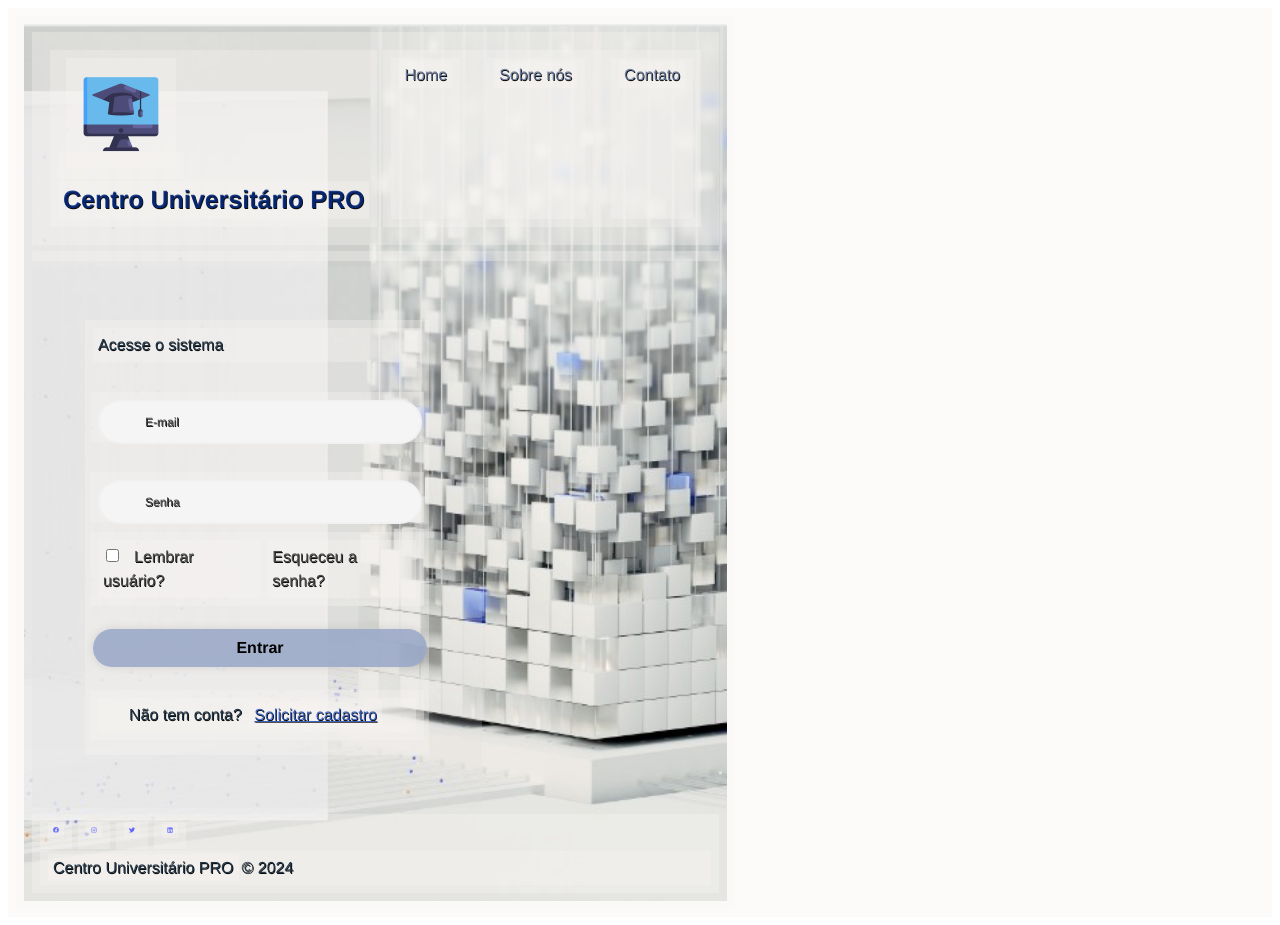
Repository: DanuziaRA/Cadastros-de-Usuarios
Page: /
These files come from the project's save history. The page is drawn as it stood at one moment and after the next save; the edit follows.
The browser window is 1280 px wide. The pictures show the whole page.
The project was rebuilt for these pictures with package versions that can differ from the ones it lists, and the page was loaded fresh each time. Also part of the build but not shown: vite.config.js, src/components/Footer.css, src/router/Contact.jsx, src/router/ErrorPage.jsx, src/router/ContactDetails.jsx, src/router/Company.jsx, src/router/Forget.jsx, src/router/Cadastro.jsx.

Above is the page before, as saved 2024-10-01 12:43:01.

### src/main.jsx
import { StrictMode } from 'react'
import { createRoot } from 'react-dom/client'
import App from './App.jsx'
import './index.css'

import {createBrowserRouter, RouterProvider,Navigate} from 'react-router-dom';

  import Contact from './router/Contact.jsx';
  import ErrorPage from './router/ErrorPage.jsx';
  import ContactDetails from './router/ContactDetails.jsx';
  import Login from './router/Login.jsx';
  import Company from './router/Company.jsx';
  import Forget from './router/Forget.jsx';
  import Cadastro from './router/Cadastro.jsx';


  const router = createBrowserRouter([
        {
      path: "/",
      element: <App/>,
      errorElement: <ErrorPage />,
      children: [
        {
          path: "/",
          element:<Login />,
        },
        {
          path: "empresa",
          element:<Company />,
        },
        {
          path: "contact",
          element:<Contact />,
        },
        //Nested routes - identificando unico
        {
          path: "/contact/:id",
          element: <ContactDetails />,
        },
        {
          path: "forget",
          element: <Forget />,
        },
        {
          path: "cadastro",
          element: <Cadastro />,
        },
        //Navigate para página não existentes
        {
          path: "oldcontact",
          element: <Navigate to="/contact" />,
        },
      ],
    },
    ]);


createRoot(document.getElementById('root')).render(
  <StrictMode>
    <RouterProvider router={router} />
    </StrictMode>,
);

### src/App.jsx
import './App.css'

import { Outlet } from 'react-router-dom';
import Navbar from './components/Navbar';
import Footer from './components/Footer'


function App() {
  return (
      <div className='App'>
        <Navbar />
        <h1></h1>
        <Outlet />
        <Footer />
    </div>
  );
}

export default App;

### src/router/Login.jsx
import { useState } from "react";

import "./Login.css";

const Login = () => {

const [username, setUsername] = useState("");
const [password, setpassword] = useState("");

const handleSubmit = (event) => {
event.preventDefault();

alert("Enviando os dados");

console.log("teste", username,password);
console.log("Envio");
};

    return (

    <div className="container">
        <form onSubmit={handleSubmit}>
            <p>Acesse o sistema</p>
            <div className="input-field">
            <input type="email"
            placeholder = "E-mail"
            required
            onChange={(e) => setUsername(e.target.value)}/>
            </div>
            <div className="input-field">
            <input type="password"
            placeholder = "Senha"
            required
            onChange={(e) => setpassword(e.target.value)}/>
            </div>

            <div className="recall-forget">
                <label>
                    <input type="checkbox" />
                    Lembrar usuário?
                    </label>
                <a href="/forget"> Esqueceu a senha?</a>
                </div>

            <button>Entrar</button>
            <div className="signup-link">
                <p>Não tem conta? <a href="contact/:id">Solicitar cadastro</a></p>
            </div>
        </form>
        </div>
    )
}

export default Login

### src/App.css
* {
  box-sizing: border-box;
  margin: 3px;
  padding: 5px;
  font-family: Helvetica;
  font-size: 16px;
  text-shadow: #0c0c0c 0.7px 0.7px;
  background-color:rgba(247, 244, 241, 0.342);
}
.App{
  display: flex;
  flex-direction: column;
  flex-grow: 1;
  justify-content: center;
  align-items: left;
  background-image: url("src/assets/fundo cadastro.jpg");
  background-size: cover;
  background-position: center;
  }

### src/components/Navbar.jsx
import { Link } from "react-router-dom"
import logo from './../assets/LOGO novo.png'
import { Component } from "react";
import './Navbar.css';


const Navbar = () => {
    return (
    <nav className="navbar">
        <div className="navbar-logo">
        <Link to="/">
            <img src={logo} alt=""/>
            </Link>
            <h1>Centro Universitário PRO</h1>
            </div>
            <ul className="navbar-links">
            <li><a href="/">Home</a></li>
            <li><a href="/Company">Sobre nós</a></li>
            <li><a href= "/Contact">Contato</a></li>
            </ul>
    </nav>
    )
}

export default Navbar

### src/components/Footer.jsx
import { FaFacebook, FaInstagram,FaTwitter,FaLinkedin } from "react-icons/fa"
import { Link } from "react-router-dom";
import './Footer.css';

function Footer(){
    return (
        <nav>
            <Link to="https://www.facebook.com/?locale=pt_BR">
            < FaFacebook alt=""/>
            </Link>
            <Link to="https://www.instagram.com/">
            < FaInstagram alt=""/>
            </Link>
            <Link to="/">
            < FaTwitter alt=""/>
            </Link>
            <Link to="https://www.linkedin.com.br">
            < FaLinkedin alt=""/>
            </Link>
            <p><span>Centro Universitário PRO</span>&copy; 2024</p>
            </nav>


    );

}
export default Footer

### src/router/Login.css
.input-field input{
    width: 50%;
    height: 70%;
    background-color: #f5f5f5;
    outline: none;
    border: 2px solid rgba(224, 222, 222, 0.2);
    border-radius: 40px;
    font-size: 16px;
    color: #070000;
    padding: 10px 20px;
}
.input-field input::placeholder{
color: #494949;
}

.container .recall-forget{
display: left;
justify-content: space-between;
font-size: 15px;
margin: -px 0 20px;
}
.recall-forget label{
color: #494949;
}
.recall-forget input{
margin-right: 5px;
}
.recall-forget a, .signup-link p a{
color: #494949;
text-decoration: none;
}
.recall-forget a:hover, .signup-link p a{
text-decoration: underline;
}
.container button{
width: 23%;
height: 500%;
font-size: 16px;
padding: 10px 20px;
background-color:#9aa8c8e1;
border: none;
outline: none;
border-radius: 500px;
box-shadow: 0 0 10px rgba(0,0,0,0.1);
cursor: pointer;
font-weight: 600;
text-shadow: none;
}
.container .signup-link{
font-size: 15px;
text-align: left;
margin: 20px 0 10px;
}
.signup-link p a{
color:#2d5ac4e1;
}

### src/router/Cadastro.css
.container{
    width: 450px;
    background-color: rgba(221, 218, 218, 0.2);
    backdrop-filter:rgb(238, 238, 241);
    border: 10px sold rgba (247,247,247, 0.40);
    padding: 50px;
    border-radius: 5px;
}

.container h1{
    text-align: left;
    font-size: 23px;
    color: #4d77dbe1;
    }
    .container h2{
        text-align: left;
        font-size: 18px;
        color: #111112e1;
        }
.container .input-field{
    position: relative;
    width: 100%;
    height: 50px;
    margin: 30px auto;
}
    .input-field input{
        width: 100%;
        height: 100%;
        background-color: #f5f5f5;
        outline: none;
        border: 2px solid rgba(224, 222, 222, 0.2);
        border-radius: 40px;
        font-size: 12px;
        color: #070000;
        padding: 20px 45px;
    }
.input-field input::placeholder{
    color: #494949;
}
.input-field .icon{
    position: absolute;
    right: 25px;
    top: 50%;
    transform: translateY(-50%);
    font-size: 18px;
    color: #494949;
}
.container .recall-forget{
    display: flex;
    justify-content: space-between;
    font-size: 15px;
    margin: -20px 0 20px;
}
.recall-forget label{
    color: #494949;
}
.recall-forget input{
    margin-right: 15px;
}
.recall-forget a, .signup-link p a{
    color: #494949;
    text-decoration: none;
}
.recall-forget a:hover, .signup-link p a{
    text-decoration: underline;
}
.container button{
    width: 100%;
    height: 500%;
    font-size: 16px;
    padding: 10px 20px;
    background-color:#9aa8c8e1;
    border: none;
    outline: none;
    border-radius: 500px;
    box-shadow: 0 0 10px rgba(0,0,0,0.1);
    cursor: pointer;
    font-weight: 600;
    text-shadow: none;
}
.container .signup-link{
    font-size: 15px;
    text-align: center;
    margin: 20px 0 10px;
}
.signup-link p a{
    color:#2d5ac4e1;
}

### src/components/Navbar.css
.navbar{
    display: flex;
    justify-content: space-between;
    padding: 15px;
    align-items: left;
}
.navbar-logo h1{
    color: #06297ae1;
    font-size: 25px;
    align-items: center;


}
.navbar-links {
list-style-type: none;
display: flex;
gap: 20px;
align-items: left;

}
.navbar li{
    display: inline;
    }
.navbar-links li a {
    color: #67789ee1;
    text-decoration: none;
}
.navbar-links li a:hover{
    color:#ddd;
}

Loaded but not shown: index.html (common file); src/index.css (common file)

After the next save:
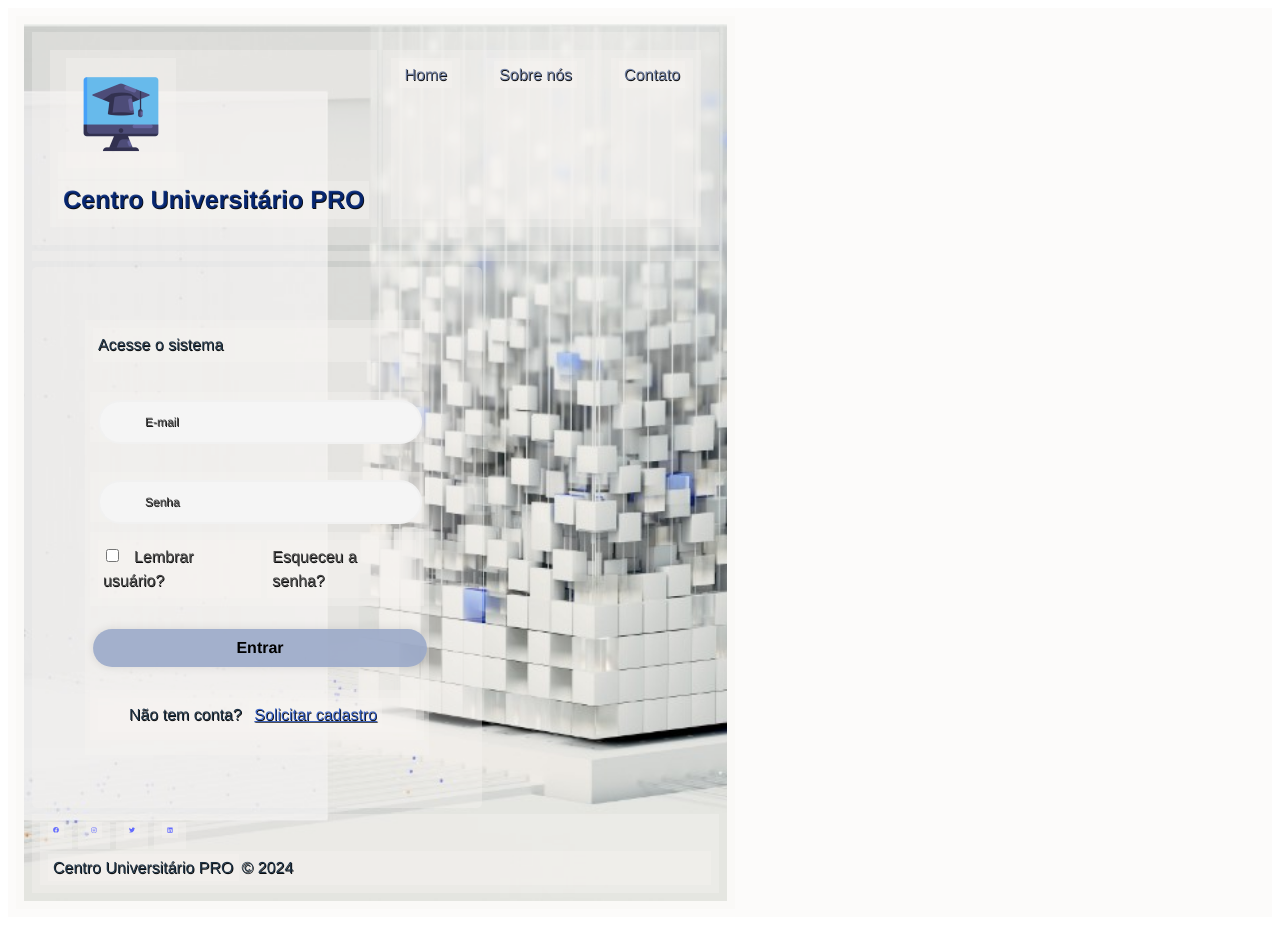
Saved 7 s later.
--- a/src/router/Cadastro.css
+++ b/src/router/Cadastro.css
@@ -1,6 +1,6 @@
 .container{
     width: 450px;
-    background-color: rgba(221, 218, 218, 0.2);
+
     backdrop-filter:rgb(238, 238, 241);
     border: 10px sold rgba (247,247,247, 0.40);
     padding: 50px;
